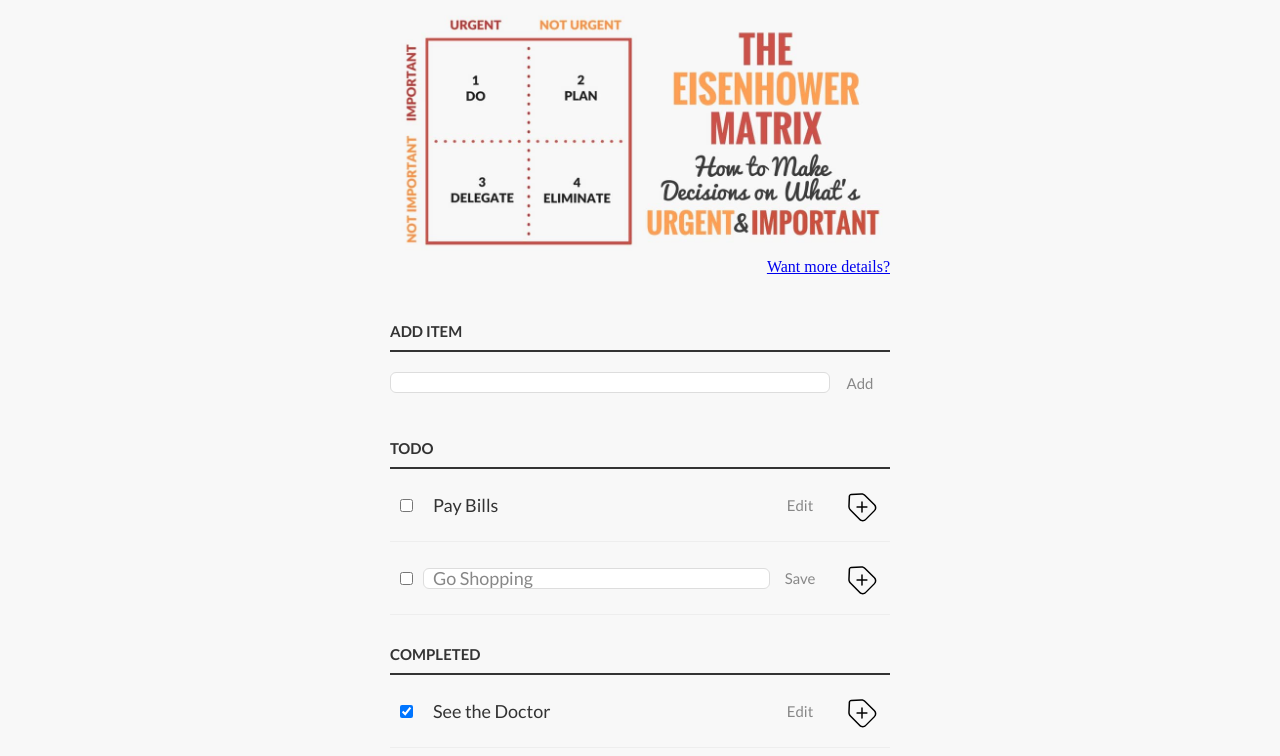
Repository: AlekseyRD88/clean-code-s1e1
Page: index.html
The author's editor kept a copy of each file at every save. The page is drawn from the files as they stood at one save, then again after the next save.
The browser window is 1280 px wide. The pictures show the whole page.

Above is the page before, as saved 2024-12-14 23:25:13.
Console error: TypeError: Cannot read properties of null (reading 'children')

After the next save:
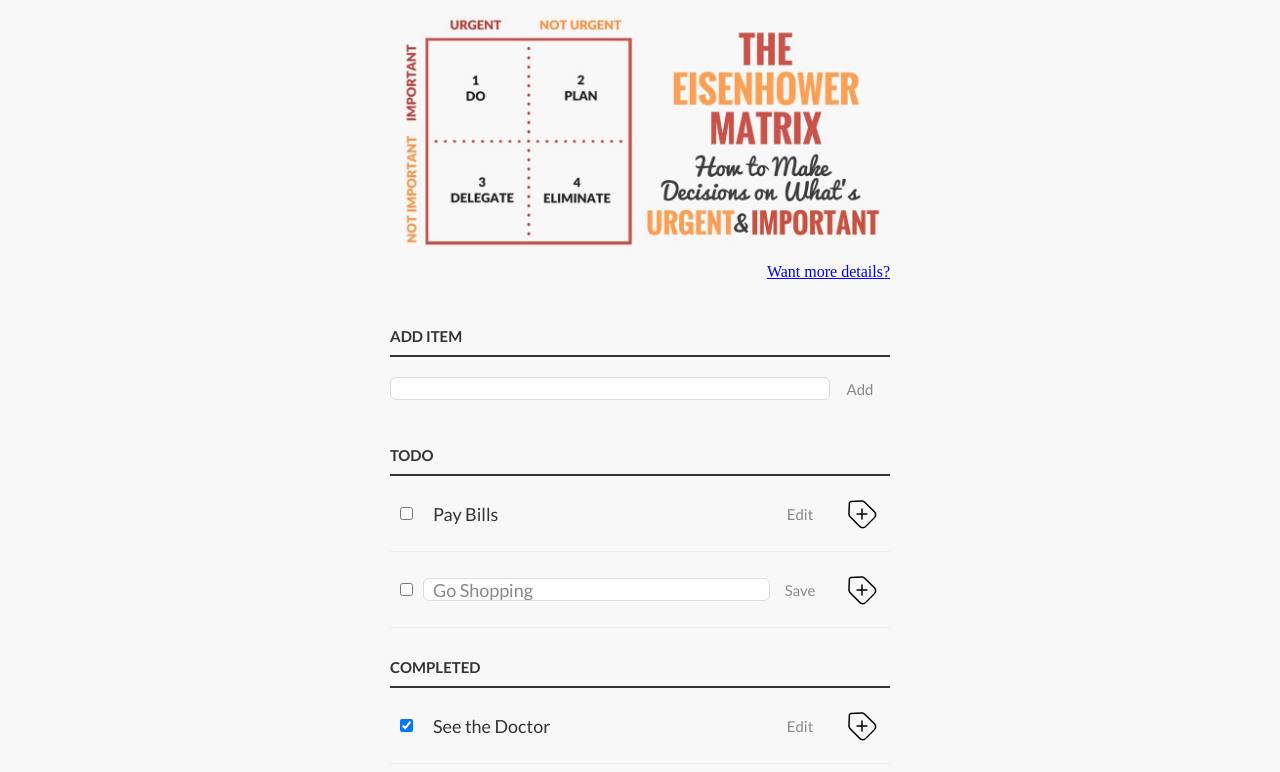
Saved 2 min 25 s later.
--- a/index.html
+++ b/index.html
@@ -1,4 +1,4 @@
-<html>
+<!DOCTYPE html>
   <head>
     <title>Todo App</title>
     <link href="https://fonts.googleapis.com/css?family=Lato:300,400,700" rel="stylesheet" type="text/css">
@@ -53,4 +53,4 @@
     </main>
     <script type="text/javascript" src="app.js"></script>
   </body>
-</html>
+</!DOCTYPE>

After the 3 saves that followed:
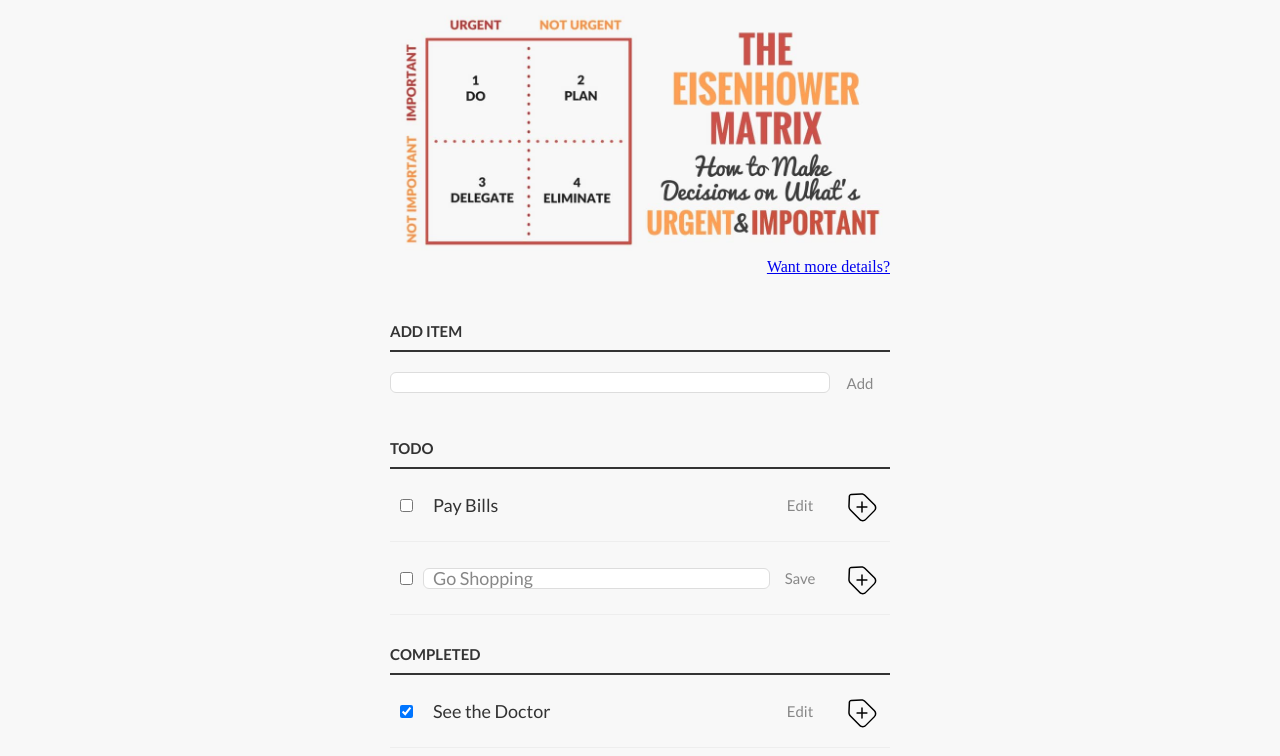
The 3 saves are shown as one change because 2 left the picture as it was.
The last was saved 6 min 5 s later.
--- a/index.html
+++ b/index.html
@@ -1,13 +1,13 @@
-<!DOCTYPE html>
+<html html>
   <head>
     <title>Todo App</title>
-    <link href="https://fonts.googleapis.com/css?family=Lato:300,400,700" rel="stylesheet" type="text/css">
+    <link href="https://fonts.googleapis.com/css?family=Lato:300,400,700" rel="stylesheet">
     <link rel="stylesheet" href="style.css" type="text/css" media="screen" charset="utf-8">
   </head>
   <body>
     <header class="header">
       <img src="./eisenhower-matrix.jpg" alt="matrix">
-      <a class="more-inf" href="https://goal-life.com/page/method/matrix-eisenhower">Want more details&quest;</a>
+      <a class="more-inf" href="https://goal-life.com/page/method/matrix-eisenhower">Want more details?</a>
     </header>
     <main class="centered-main-page-element">
       <p id="top-section-add-element-to-list">
@@ -51,6 +51,6 @@
         </li>
       </ul>
     </main>
-    <script type="text/javascript" src="app.js"></script>
+    <script src="app.js"></script>
   </body>
-</!DOCTYPE>
+</html>
